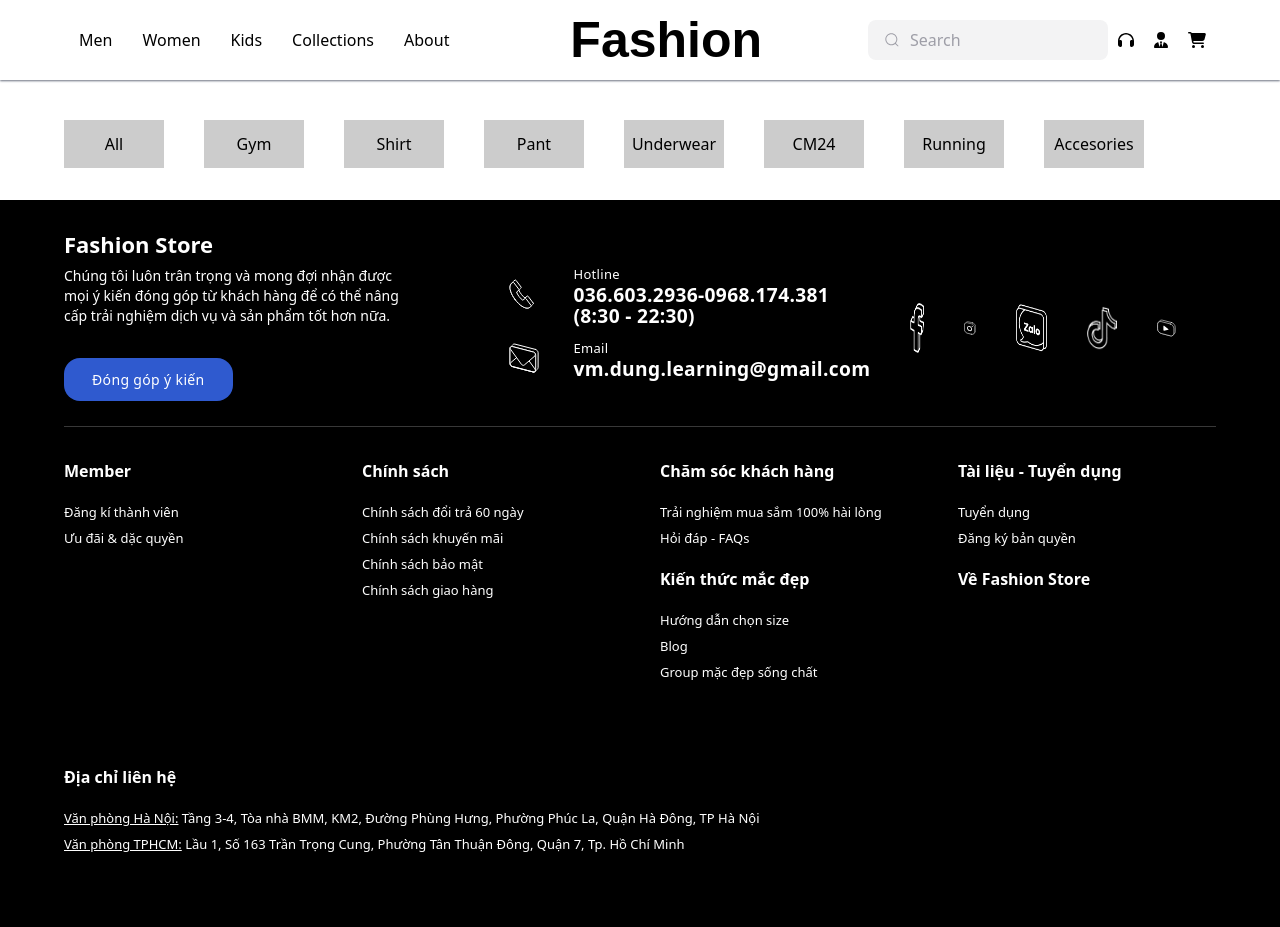
Repository: VuSnow/Software_Engineering
Page: /products
These files come from the project's save history. The page is drawn as it stood at one moment and after the next save; the edit follows.
The browser window is 1280 px wide. The pictures show the whole page.
The project was rebuilt for these pictures with package versions that can differ from the ones it lists, and the page was loaded fresh each time. The framework's server and built-in components were replaced by stand-ins that run in the browser. Also part of the build but not shown: next.config.js, src/components/cart/CartItem/CartItem.tsx, src/components/cart/Cart.tsx.

Above is the page before, as saved 2023-06-25 10:28:49.

After the next save:
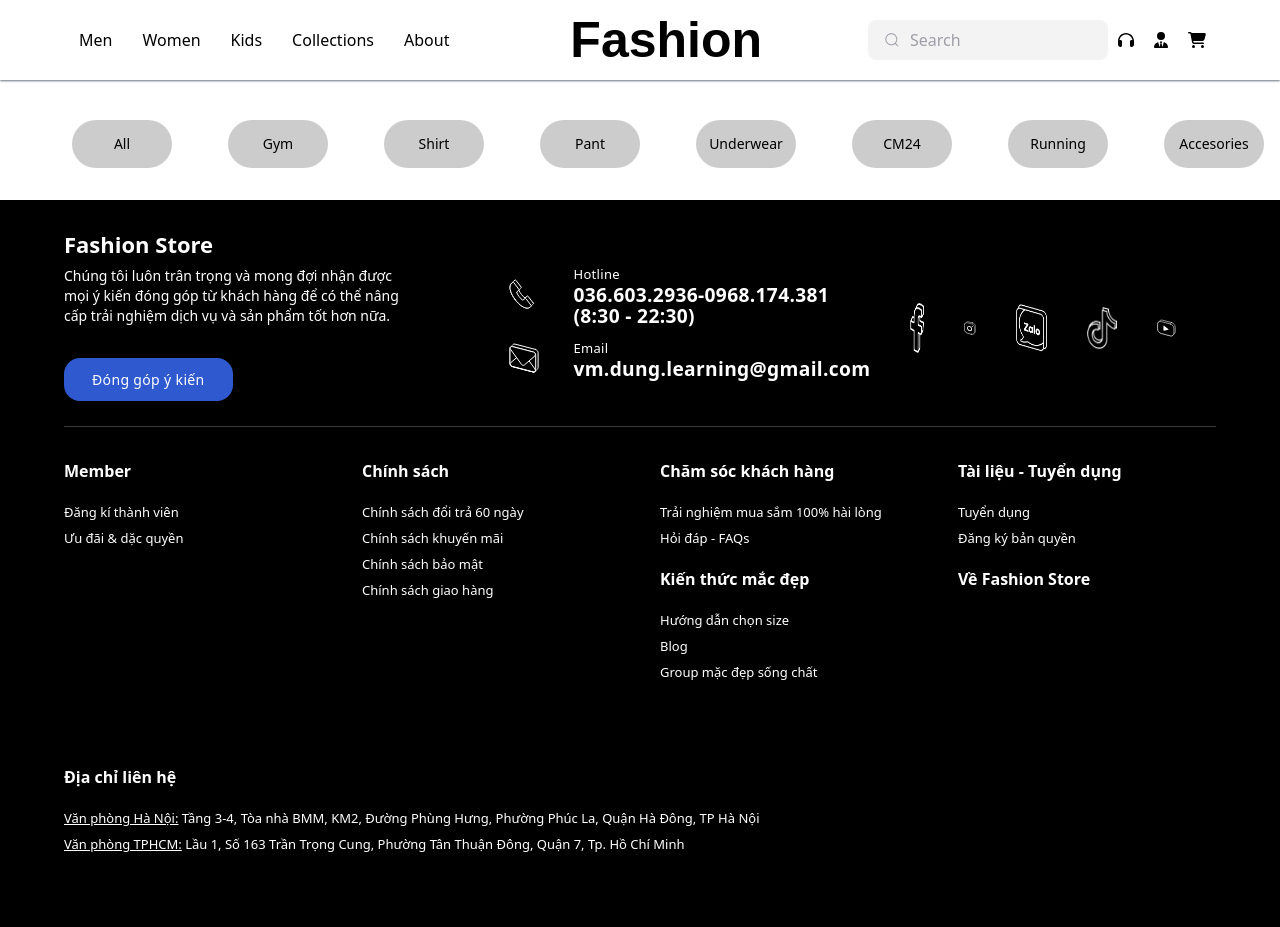
Saved 73 s later.
--- a/src/app/products/page.tsx
+++ b/src/app/products/page.tsx
@@ -9,49 +9,49 @@ const Products = () => {
           <div className="tab-header flex gap-10">
             <Link
               href="#"
-              className="w-[100px] h-12 bg-[#ccc] flex items-center justify-center flex-col min-w-[100px]"
+              className="w-[100px] h-12 bg-[#ccc] flex items-center justify-center flex-col min-w-[100px] rounded-[41px] text-center text-sm my-0 mx-2"
             >
               All
             </Link>
             <Link
               href="#"
-              className="w-[100px] h-12 bg-[#ccc] flex items-center justify-center flex-col min-w-[100px]"
+              className="w-[100px] h-12 bg-[#ccc] flex items-center justify-center flex-col min-w-[100px] rounded-[41px] text-center text-sm my-0 mx-2"
             >
               Gym
             </Link>
             <Link
               href="#"
-              className="w-[100px] h-12 bg-[#ccc] flex items-center justify-center flex-col min-w-[100px]"
+              className="w-[100px] h-12 bg-[#ccc] flex items-center justify-center flex-col min-w-[100px] rounded-[41px] text-center text-sm my-0 mx-2"
             >
               Shirt
             </Link>
             <Link
               href="#"
-              className="w-[100px] h-12 bg-[#ccc] flex items-center justify-center flex-col min-w-[100px]"
+              className="w-[100px] h-12 bg-[#ccc] flex items-center justify-center flex-col min-w-[100px] rounded-[41px] text-center text-sm my-0 mx-2"
             >
               Pant
             </Link>
             <Link
               href="#"
-              className="w-[100px] h-12 bg-[#ccc] flex items-center justify-center flex-col min-w-[100px]"
+              className="w-[100px] h-12 bg-[#ccc] flex items-center justify-center flex-col min-w-[100px] rounded-[41px] text-center text-sm my-0 mx-2"
             >
               Underwear
             </Link>
             <Link
               href="#"
-              className="w-[100px] h-12 bg-[#ccc] flex items-center justify-center flex-col min-w-[100px]"
+              className="w-[100px] h-12 bg-[#ccc] flex items-center justify-center flex-col min-w-[100px] rounded-[41px] text-center text-sm my-0 mx-2"
             >
               CM24
             </Link>
             <Link
               href="#"
-              className="w-[100px] h-12 bg-[#ccc] flex items-center justify-center flex-col min-w-[100px]"
+              className="w-[100px] h-12 bg-[#ccc] flex items-center justify-center flex-col min-w-[100px] rounded-[41px] text-center text-sm my-0 mx-2"
             >
               Running
             </Link>
             <Link
               href="#"
-              className="w-[100px] h-12 bg-[#ccc] flex items-center justify-center flex-col min-w-[100px]"
+              className="w-[100px] h-12 bg-[#ccc] flex items-center justify-center flex-col min-w-[100px] rounded-[41px] text-center text-sm my-0 mx-2"
             >
               Accesories
             </Link>
